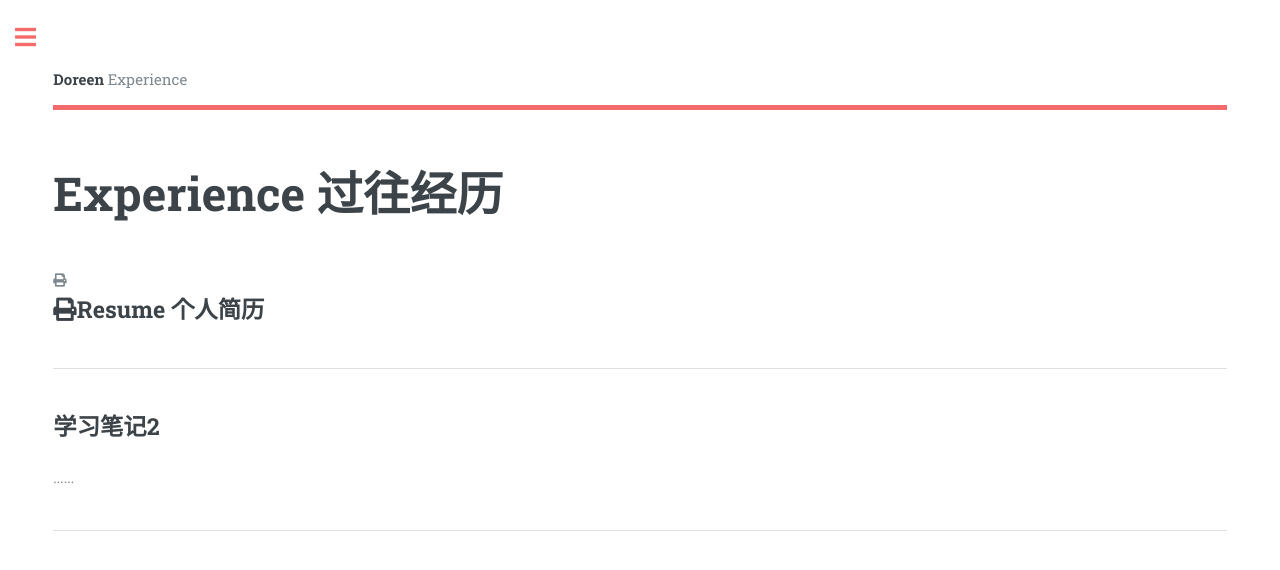
Repository: Hpz3859/Hpz3859.github.io
Page: experience.html
The author's editor kept a copy of each file at every save. The page is drawn from the files as they stood at one save, then again after the next save.
The browser window is 1280 px wide. The pictures show the whole page.

Above is the page before, as saved 2025-03-19 14:39:43.

After the next save:
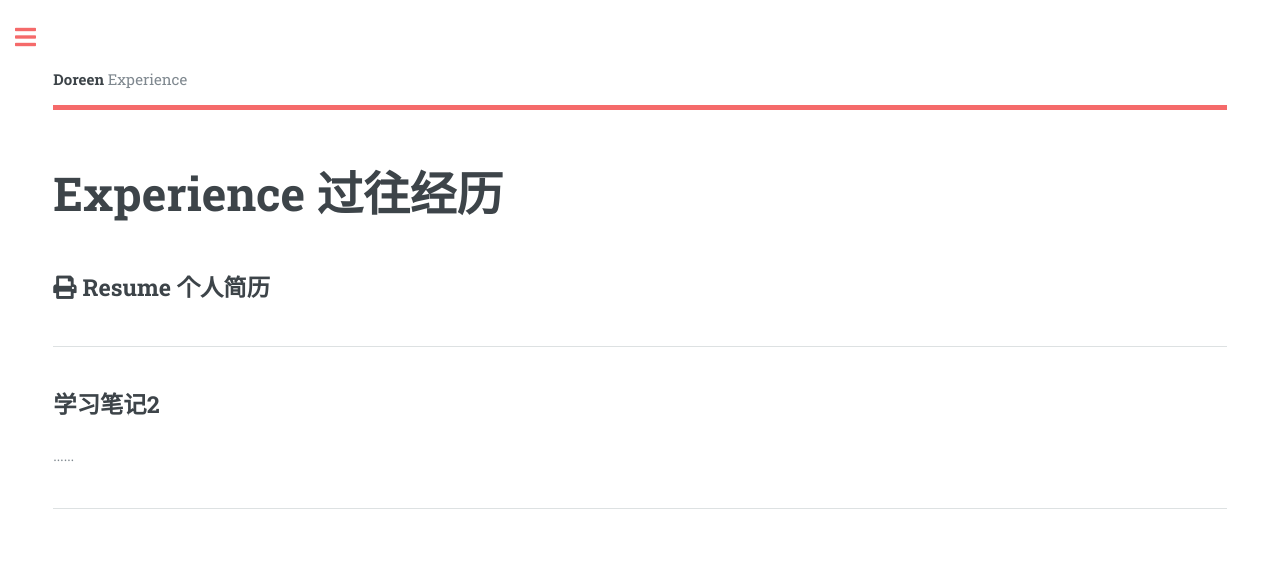
Saved 2 min 14 s later.
--- a/experience.html
+++ b/experience.html
@@ -40,12 +40,14 @@
 										<h1>Experience 过往经历</h1>
 									</header>
 										<!-- Content -->
-										<div class="content">
+
+										<h2>
 											<span class="icon solid fa-print"></span>
-											<h2><span class="icon solid fa-print"></span><a href="resume.html" class="logo">Resume 个人简历</a></h2>
+											<a href="resume.html" class="logo">Resume 个人简历</a>
+										</h2>
 
 
-										</div>
+
 										<hr class="major" />
 
 										<div class="content">
